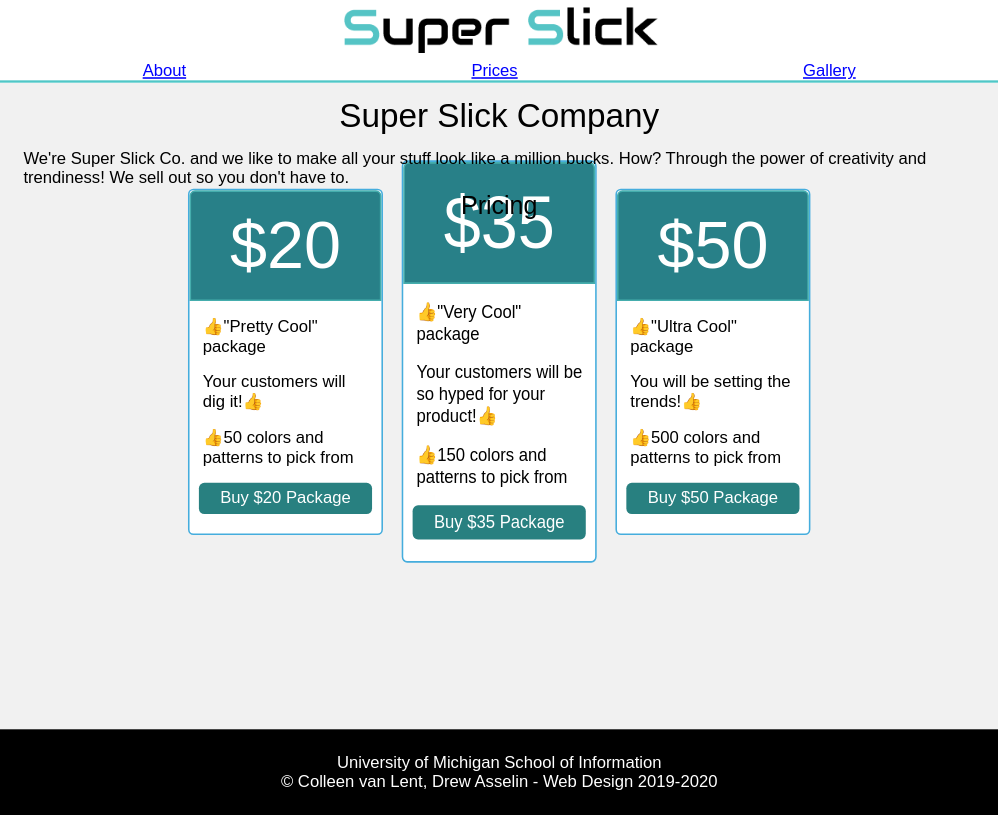
Repository: jiaqili0803/SI_539
Page: hw6-2021-main/homework.html
An editor plug-in stored every save of this project. The page is shown before and after the next save, followed by the edit.
The browser window is 1280 px wide. The pictures show the whole page, at 78% of full size.
Some web fonts or font styles are not loaded; a fallback is used.

Above is the page before, as saved 2021-10-29 14:13:12.

### hw6-2021-main/homework.html
<!DOCTYPE html>
<html lang="en">
  <head>
    <meta charset="utf-8">
    <meta name="viewport" content="width=device-width, initial-scale=1.0">
    <link rel="stylesheet" type="text/css" href="css/html5reset.css">
    <link rel="stylesheet" type="text/css" href="css/starter.css">
    <link rel="stylesheet" type="text/css" href="css/style.css">
    <link href='https://fonts.googleapis.com/css?family=Alegreya Sans SC' rel='stylesheet'>
    <link rel="shortcut icon" href="images/logo_icon.png" type="image/png">

   <title>Super Slick Company</title>
  </head>
  <body>
    <a class = "skip" href='#about'>Skip to Main Content</a>
    <header>
      <img src="images/logo.png" alt="" id = "logo">
      <nav>
        <ul class="nav_links">
          <li class="nav_item"><a href="#about">About</a></li>
          <li class="nav_item"><a href="#pricing">Prices</a></li>
          <li class="nav_item"><a href="#gallery">Gallery</a></li>
        </ul>
      </nav>
    </header>
  <main class="about" id="skip">
    <h1>Super Slick Company</h1>

    <p>We're Super Slick Co. and we like to make all your stuff look like a million bucks. How? Through the power of creativity and trendiness! We sell out so you don't have to.</p>

    <h2 id = "pricing">Pricing</h2>
      <div class="pricing">
        <div class="card">
          <header><h3>$20</h3></header>
          <ul>
            <li>"Pretty Cool" package</li>
            <li>Your customers will dig it!</li>
            <li>50 colors and patterns to pick from</li>
          </ul>
          <button>Buy $20 Package</button>
        </div>
        <div class="card card_big">
          <header><h3>$35</h3></header>
          <ul>
            <li>"Very Cool" package</li>
            <li>Your customers will be so hyped for your product!</li>
            <li>150 colors and patterns to pick from</li>
          </ul>
          <button>Buy $35 Package</button>
        </div>
        <div class="card">
          <header><h3>$50</h3></header>
          <ul>
            <li>"Ultra Cool" package</li>
            <li>You will be setting the trends!</li>
            <li>500 colors and patterns to pick from</li>
          </ul>
          <button>Buy $50 Package</button>
        </div>
      </div>

      <h2 id = "gallery">Gallery</h2>
        <div class="gallery">
          <img id="image1" src="images/sample.jpg" alt="" />
          <img id="image2" src="images/sample.jpg" alt="" />
          <img id="image3" src="images/sample.jpg" alt="" />
          <img id="image4" src="images/sample.jpg" alt="" />
          <img id="image5" src="images/sample.jpg" alt="" />
        </div>
    </main>

    <footer>
      <p>University of Michigan School of Information <br/>
        &copy; Colleen van Lent, Drew Asselin - Web Design 2019-2020</p>
    </footer>
  </body>
</html>

### hw6-2021-main/css/html5reset.css
/*
    HTML5 Reset :: style.css
    ----------------------------------------------------------
    We have learned much from/been inspired by/taken code where offered from:
    Eric Meyer                  :: http://meyerweb.com
    HTML5 Doctor                :: http://html5doctor.com
    and the HTML5 Boilerplate   :: http://html5boilerplate.com
-------------------------------------------------------------------------------*/

/* Let's default this puppy out
-------------------------------------------------------------------------------*/

html, body, body div, span, object, iframe, h1, h2, h3, h4, h5, h6, p, blockquote, pre, abbr, address, cite, code, del, dfn, em, img, ins, kbd, q, samp, small, strong, sub, sup, var, b, i, dl, dt, dd, ol, ul, li, fieldset, form, label, legend, table, caption, tbody, tfoot, thead, tr, th, td, article, aside, figure, footer, header, menu, nav, section, time, mark, audio, video, details, summary {
    margin: 0;
    padding: 0;
    border: 0;
    font-size: 100%;
    font-weight: normal;
    vertical-align: baseline;
    background: transparent;
}

main, article, aside, figure, footer, header, nav, section, details, summary {display: block;}

/* Handle box-sizing while better addressing child elements:
   http://css-tricks.com/inheriting-box-sizing-probably-slightly-better-best-practice/ */
html {
    box-sizing: border-box;
}

*,
*:before,
*:after {
    box-sizing: inherit;
}

/* consider resetting the default cursor: https://gist.github.com/murtaugh/5247154 */

/* Responsive images and other embedded objects */
/* if you don't have full control over `img` tags (if you have to overcome attributes), consider adding height: auto */
img,
object,
embed {max-width: 100%;}

/*
   Note: keeping IMG here will cause problems if you're using foreground images as sprites.
    In fact, it *will* cause problems with Google Maps' controls at small size.
    If this is the case for you, try uncommenting the following:
#map img {
        max-width: none;
}
*/

/* force a vertical scrollbar to prevent a jumpy page */
html {overflow-y: scroll;}

/* we use a lot of ULs that aren't bulleted.
    you'll have to restore the bullets within content,
    which is fine because they're probably customized anyway */
ul {list-style: none;}

blockquote, q {quotes: none;}

blockquote:before,
blockquote:after,
q:before,
q:after {content: ''; content: none;}

a {margin: 0; padding: 0; font-size: 100%; vertical-align: baseline; background: transparent;}

del {text-decoration: line-through;}

abbr[title], dfn[title] {border-bottom: 1px dotted #000; cursor: help;}

/* tables still need cellspacing="0" in the markup */
table {border-collapse: separate; border-spacing: 0;}
th {font-weight: bold; vertical-align: bottom;}
td {font-weight: normal; vertical-align: top;}

hr {display: block; height: 1px; border: 0; border-top: 1px solid #ccc; margin: 1em 0; padding: 0;}

input, select {vertical-align: middle;}

pre {
    white-space: pre; /* CSS2 */
    white-space: pre-wrap; /* CSS 2.1 */
    white-space: pre-line; /* CSS 3 (and 2.1 as well, actually) */
    word-wrap: break-word; /* IE */
}

input[type="radio"] {vertical-align: text-bottom;}
input[type="checkbox"] {vertical-align: bottom;}
.ie7 input[type="checkbox"] {vertical-align: baseline;}
.ie6 input {vertical-align: text-bottom;}

select, input, textarea {font: 99% sans-serif;}

table {font-size: inherit; font: 100%;}

small {font-size: 85%;}

strong {font-weight: bold;}

td, td img {vertical-align: top;}

/* Make sure sup and sub don't mess with your line-heights http://gist.github.com/413930 */
sub, sup {font-size: 75%; line-height: 0; position: relative;}
sup {top: -0.5em;}
sub {bottom: -0.25em;}

/* standardize any monospaced elements */
pre, code, kbd, samp {font-family: monospace, sans-serif;}

/* hand cursor on clickable elements */
.clickable,
label,
input[type=button],
input[type=submit],
input[type=file],
button {cursor: pointer;}

/* Webkit browsers add a 2px margin outside the chrome of form elements */
button, input, select, textarea {margin: 0;}

/* make buttons play nice in IE */
button,
input[type=button] {width: auto; overflow: visible;}

/* scale images in IE7 more attractively */
.ie7 img {-ms-interpolation-mode: bicubic;}

/* prevent BG image flicker upon hover
   (commented out as usage is rare, and the filter syntax messes with some pre-processors)
.ie6 html {filter: expression(document.execCommand("BackgroundImageCache", false, true));}
*/

/* let's clear some floats */
.clearfix:after { content: " "; display: block; clear: both; }

### hw6-2021-main/css/starter.css
body{
    margin: 0;
    padding: 0;
    font-size: 16pt; /* test for this! Make all sizes em or rem */
  }

  header{
    background: #fff;
    border-bottom: 3px solid #50C7C7;
  }

  h1{
    font-size: 2em;
    text-align: center;
    line-height: 2;
  }

  h2{
    font-size: 1.5em;
    text-align: center;
    padding: 5px;
  }

  p {
    padding: 0 30px;
  }

  a.skip{
    background: white;
    left: 0;
    padding: 6px;
    position: absolute;
    top: -40px;
    -webkit-transition: top 1s ease-out;
    transition: top 1s ease-out;
    z-index: 1;
  }

  a.skip:focus{
    top:20px;
    color: black;
    text-decoration-style: solid;
  }

  *:focus{
    border: 2px solid black;
  }


  .nav_item a{
    padding: 10px;
  }

  .nav_item a:hover, a:focus{
    color: #50C7C7;
    text-decoration: underline;
    -webkit-text-decoration-style: dotted;
            text-decoration-style: dotted;
  }

  .pricing{
    min-height: 475px;
  }

  .card {
    margin: 12px;
    background: #fff;
    border-radius: 7px;
    padding: 0 0 25px 0;

  }

  .card > ul{
    list-style: none;
    padding-left: 5px;
  }

  .card > ul li {
    width: 90%;
    margin: 20px auto;

  }

.card button{
    width: 90%;
    height: 40px;
    border: 0;
    margin-left: 5%;
    border-radius: 7px;
    background: #288080;
    color: white;
    font-size: 1em;
  }

  .card h3{
    font-size: 4em;
    color: white;
    text-align: center;
  }

  .card_big{
    -webkit-transform: initial;
            transform: initial;
  }

  .gallery{
    min-height: 600px;
  }

  footer{
    background-color: black;
    color: white;
    padding: 30px;
    text-align: center;
  }

  @media screen and (min-width: 850px){
    .card_big{
        -webkit-transform: scaleY(1.1);
        transform: scaleY(1.1);
        z-index: -99;
  }
}

### hw6-2021-main/css/style.css
body{
    font-family: 'Alegreya Sans SC', Sans-Serif;
    background-image: url("../images/concrete_seamless.png");
    background-color: #f1f1f1;

  }

header{
    display: flex;
    flex-direction: column;
    justify-content: center;
    align-items: center;

}

a:link, a:visited {
    color: blue;
}


.nav_links{
    display: flex;
    flex-direction: column;

}

#pricing{
    display: flex;
    flex-direction: column;
    justify-content: center;
    align-items: center;



}

.pricing{
    display: flex;
    /* flex-direction: column; */
    justify-content: center;
    align-items: center;
    flex-wrap: wrap;




}

.card{
    flex-basis: 450px;
}



.card header{
    background-color: #288088;
    border: 2px solid #45ADAD;
    padding-top: 20px;
    padding-bottom: 20px;
    border-top-left-radius: 7px;
    border-top-right-radius: 7px;

}

.gallery img{
    border: 10px solid #50C7C7;
    margin: 10px;
    width: 300px;


}

.gallery{
    display: flex;
    /* flex-direction: column; */
    justify-content: center;
    align-items: center;
    align-content: center;
    flex-wrap: wrap;

}

#logo{
    animation-name: slidein;
    animation-duration: 5s;
    animation-iteration-count: 1;

}


@keyframes slidein {
from {

    width: 50px;
    opacity: 0;
}

to {

    width: 425px;
    opacity: 1;
}
}


@media screen and (min-width: 850px){
    body > header{
        display: flex;
        flex-direction: row;
        justify-content: space-between;


        /* justify-content: flex-start; */
        /* flex-wrap: wrap; */


        position: sticky;
        width: 100%;
        top:0;


    }


    .nav_links{
        flex-direction: row;

    }

    .card{
        flex-basis: 250px;

    }

}

@media screen and (prefers-reduced-motion: reduce){
    #logo {
      animation: none;
    }
}


@media screen and (min-width: 1001px){
    body{
        background-image: none;

    }

    body > header{
        display: flex;
        flex-direction: column;
        /* align-content: space-between; */
    }

    nav{
        width: 100%;
    }

    .nav_links{
        display: flex;
        flex-direction: row;
        justify-content: space-around;
    }

    .pricing{
        display: flex;



        position: absolute;
        bottom: 10px;
    }

    .card{
        border: 2px solid #45ADDD;
        flex-basis: 250px;
    }

    .gallery{
        visibility: hidden;
    }

    #gallery{
        visibility: hidden;
    }

    main li:nth-child(2n-1):before {
        content: "👍";
      }

    main li:nth-child(2n):after {
        content: "👍";
    }


    }



/* @media print{
    body{
        background-image: none;

    }

    .nav_links{
        display: flex;
        flex-direction: row;

        justify-content: space-around;


    }

} */

After the next save:
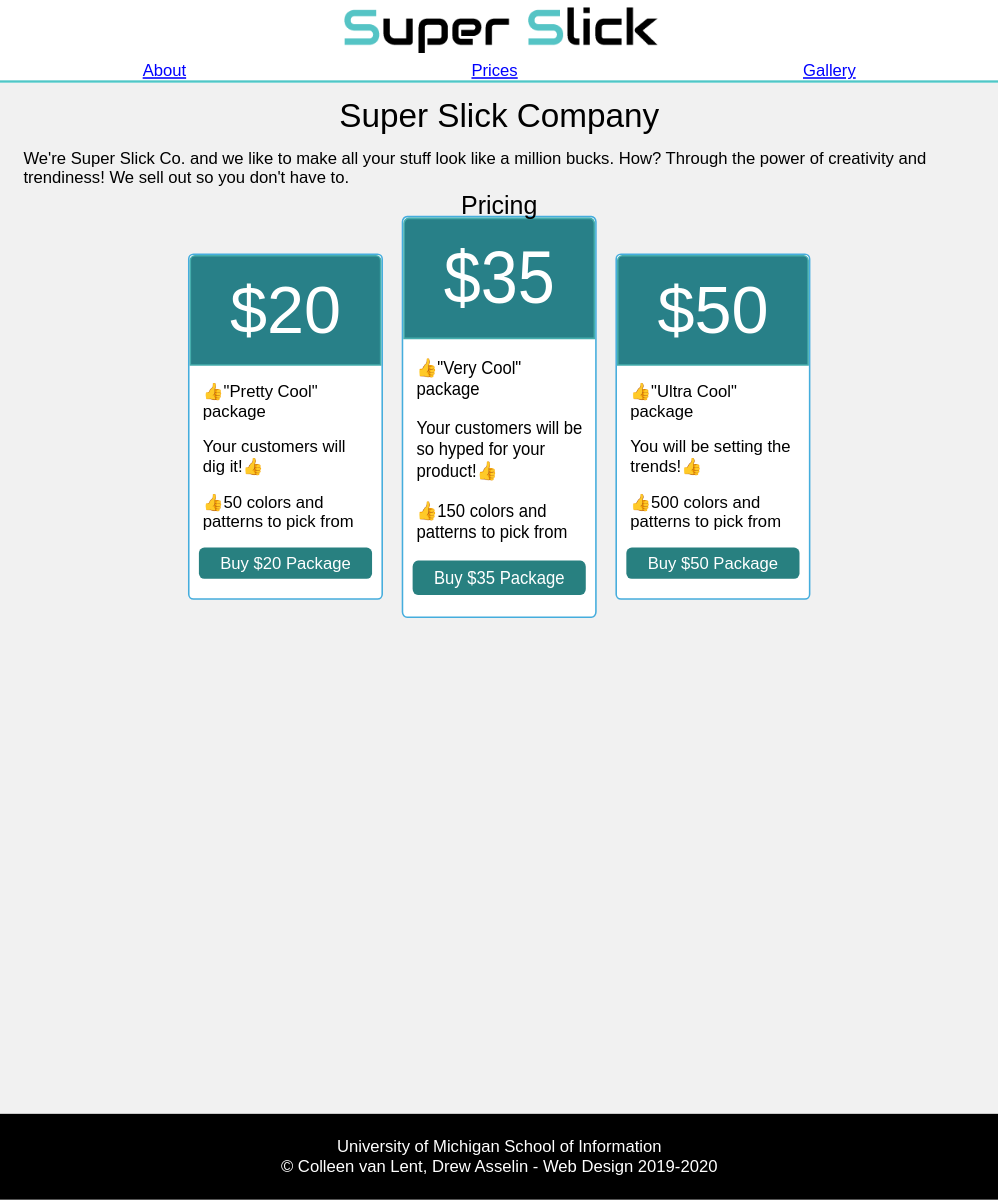
Saved 2 min 36 s later.
--- a/hw6-2021-main/css/style.css
+++ b/hw6-2021-main/css/style.css
@@ -166,10 +166,7 @@ to {
     .pricing{
         display: flex;
 
-
-
-        position: absolute;
-        bottom: 10px;
+        align-items:flex-end;
     }
 
     .card{
